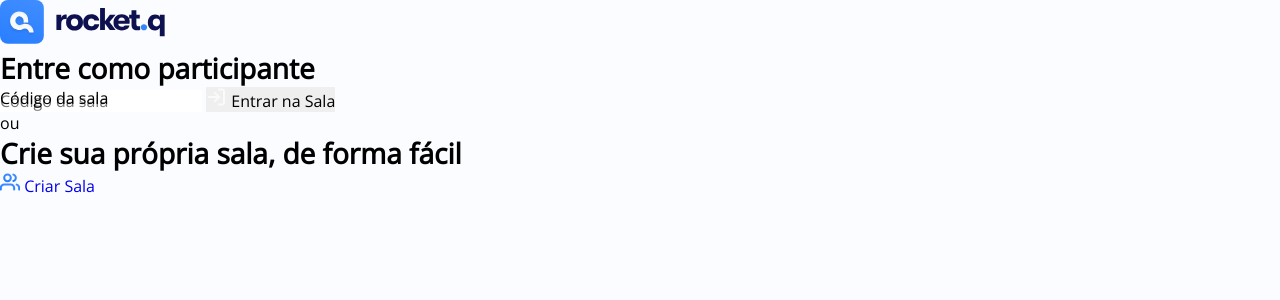
Repository: frnndlima/rocket.q
Page: home.html
These files come from the project's save history. The page is drawn as it stood at one moment and after a run of saves; the edit follows.
The browser window is 1280 px wide. The pictures show the whole page.

Above is the page before, as saved 2021-08-30 15:32:13.

After the next 2 saves:
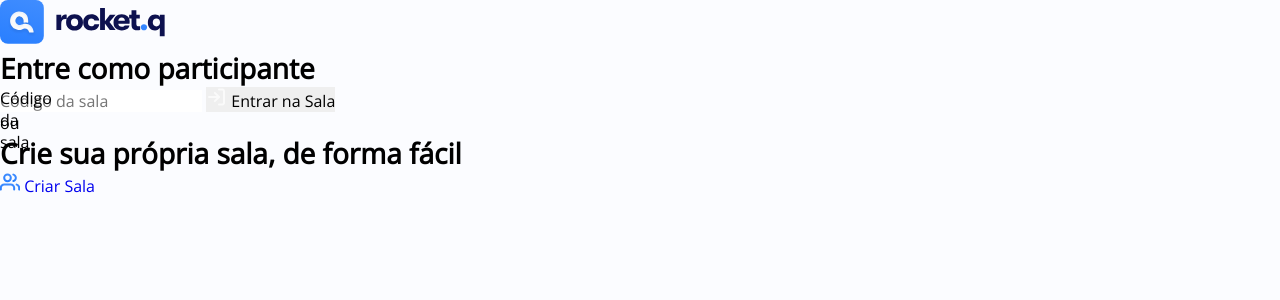
The 2 saves are shown as one change because they came seconds apart.
The last was saved 8 s later.
--- a/styles/global.css
+++ b/styles/global.css
@@ -43,5 +43,7 @@
 
 .sr-only {
   position: absolute;
-  height: ;
+  height: 1px;
+  width: 1px;
+
 }
